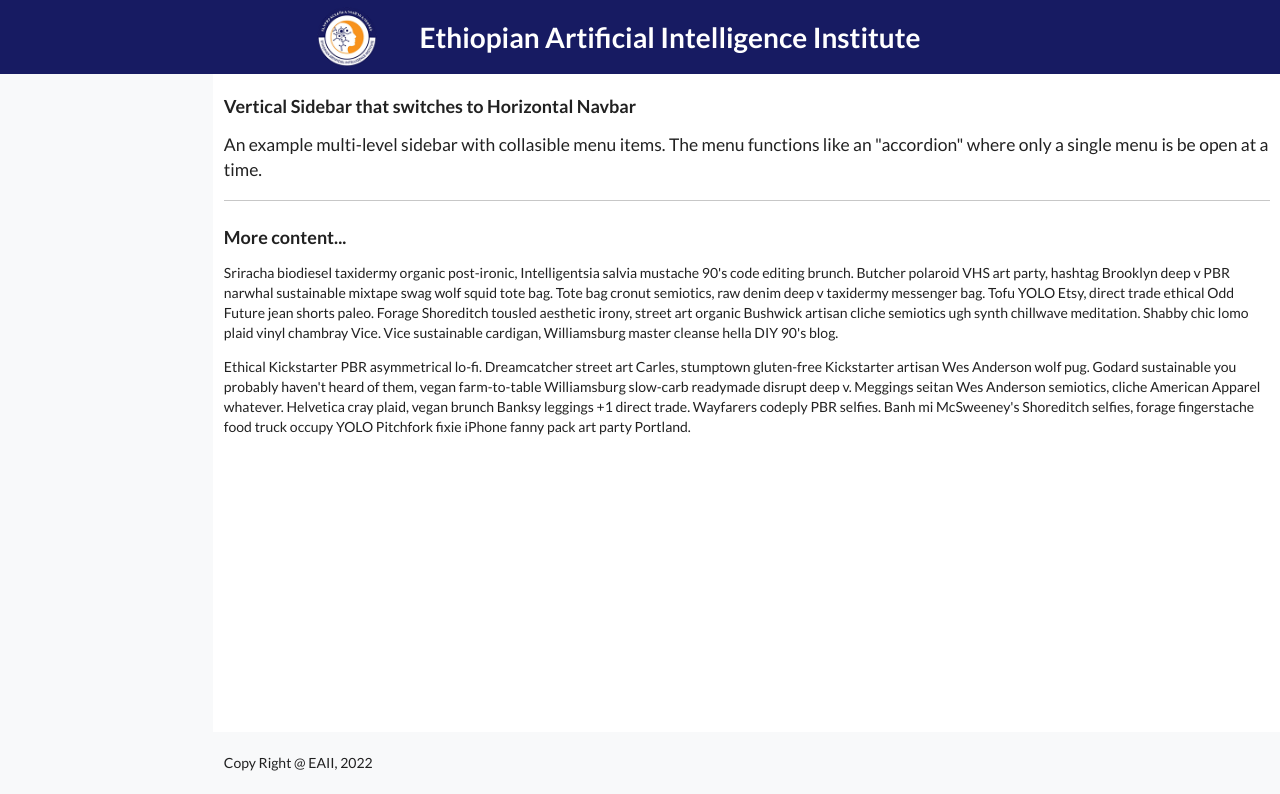
Repository: degagawolde/lung-disease-detection-webapp
Page: http://localhost/
The author's editor kept a copy of each file at every save. The page is drawn from the files as they stood at one save, then again after the next save.
The browser window is 1280 px wide. The pictures show the whole page.
Some web libraries are served in a nearby version. The page is served by the project's application, run on Django 4.2 (manage.py).

Above is the page before, as saved 2022-09-25 17:34:24.

After the next save:
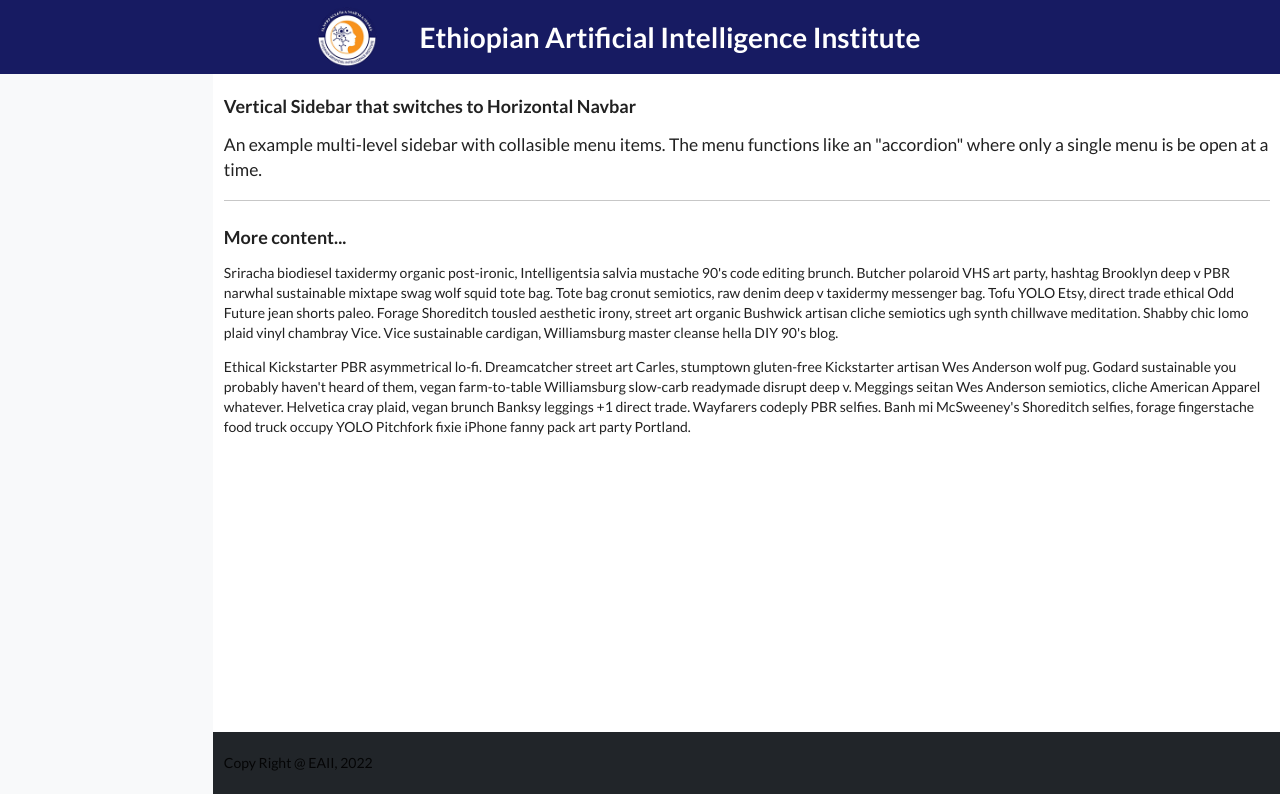
Saved 17 s later.
--- a/templates/index.html
+++ b/templates/index.html
@@ -52,7 +52,7 @@
                     <p>Ethical Kickstarter PBR asymmetrical lo-fi. Dreamcatcher street art Carles, stumptown gluten-free Kickstarter artisan Wes Anderson wolf pug. Godard sustainable you probably haven't heard of them, vegan farm-to-table Williamsburg slow-carb readymade disrupt deep v. Meggings seitan Wes Anderson semiotics, cliche American Apparel whatever. Helvetica cray plaid, vegan brunch Banksy leggings +1 direct trade. Wayfarers codeply PBR selfies. Banh mi McSweeney's Shoreditch selfies, forage fingerstache food truck occupy YOLO Pitchfork fixie iPhone fanny pack art party Portland.</p>
                 </div>
             </main>
-            <footer class="row bg-light py-4 mt-auto">
+            <footer class="row bg-dark py-4 mt-auto">
                 <div class="col"> Copy Right @ EAII, 2022 </div>
             </footer>
         </div>

After the save that followed:
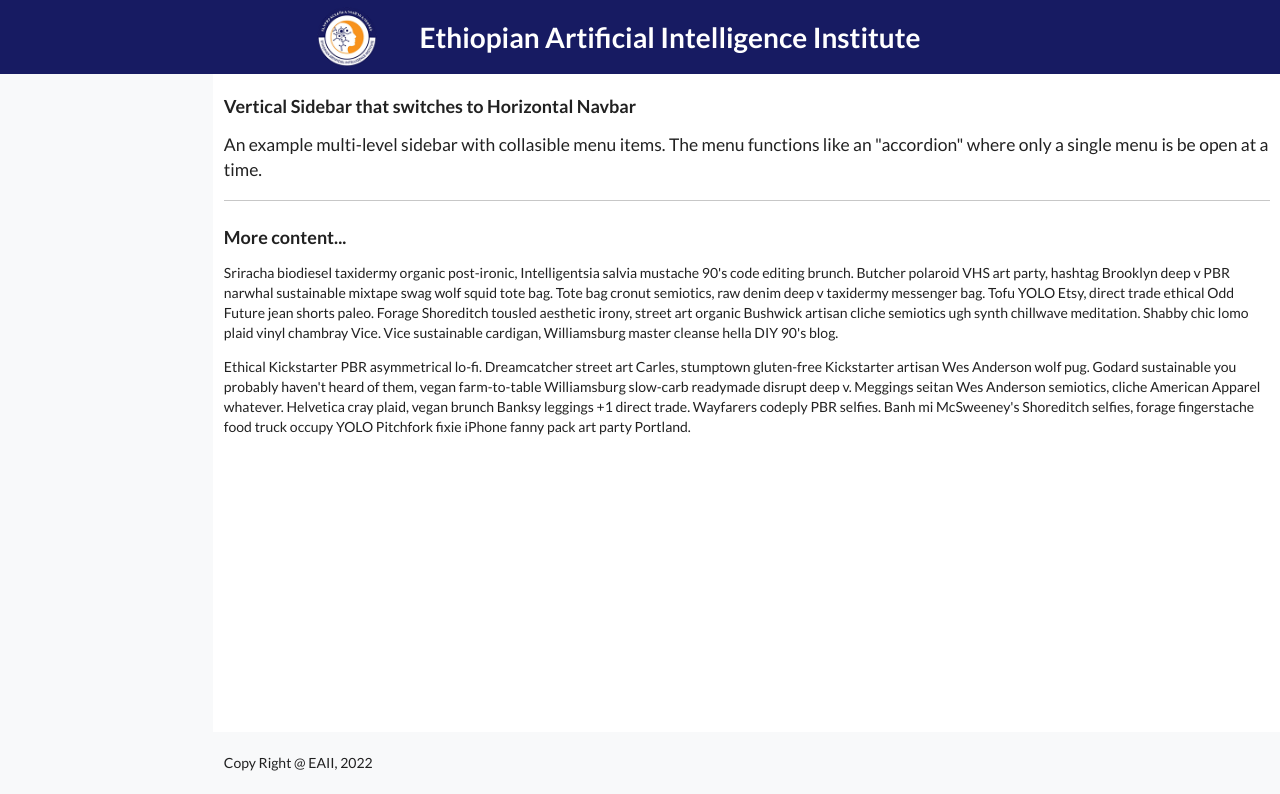
Saved 10 s later.
--- a/templates/index.html
+++ b/templates/index.html
@@ -52,7 +52,7 @@
                     <p>Ethical Kickstarter PBR asymmetrical lo-fi. Dreamcatcher street art Carles, stumptown gluten-free Kickstarter artisan Wes Anderson wolf pug. Godard sustainable you probably haven't heard of them, vegan farm-to-table Williamsburg slow-carb readymade disrupt deep v. Meggings seitan Wes Anderson semiotics, cliche American Apparel whatever. Helvetica cray plaid, vegan brunch Banksy leggings +1 direct trade. Wayfarers codeply PBR selfies. Banh mi McSweeney's Shoreditch selfies, forage fingerstache food truck occupy YOLO Pitchfork fixie iPhone fanny pack art party Portland.</p>
                 </div>
             </main>
-            <footer class="row bg-dark py-4 mt-auto">
+            <footer class="row bg-light py-4 mt-auto">
                 <div class="col"> Copy Right @ EAII, 2022 </div>
             </footer>
         </div>
